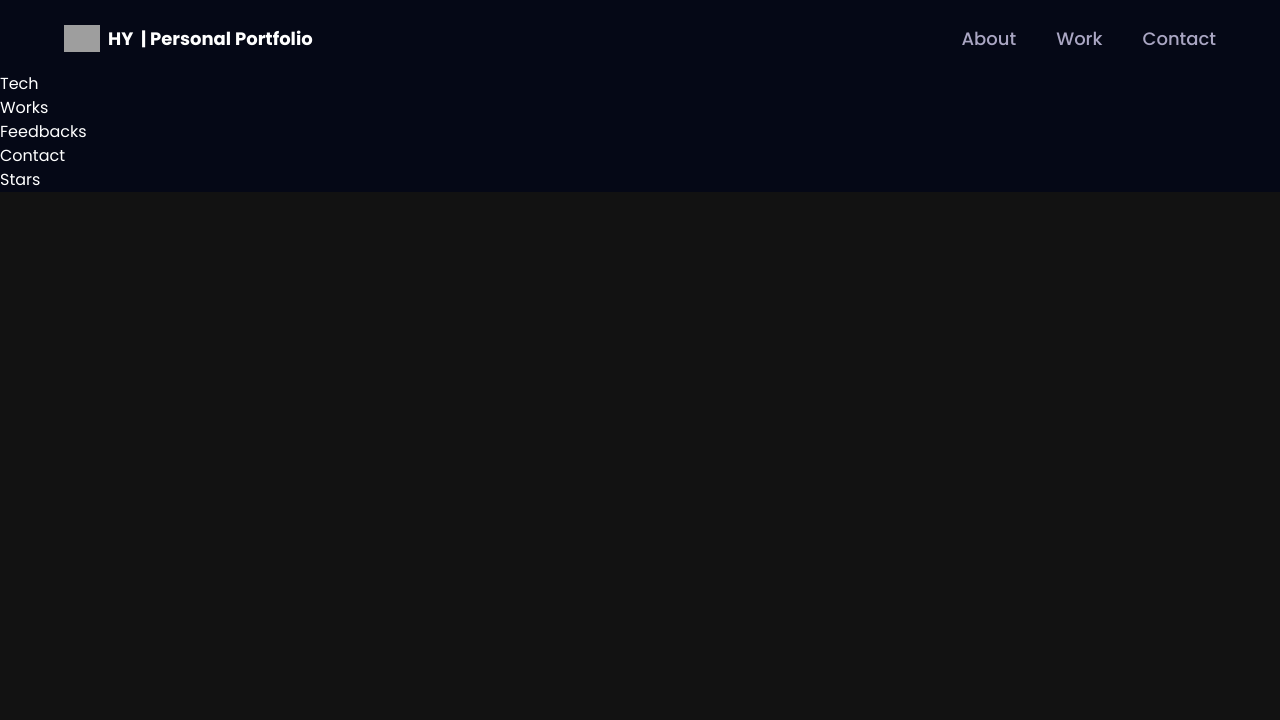
Repository: huiyyee/3d_portfolio
Page: /
The author's editor kept a copy of each file at every save. The page is drawn from the files as they stood at one save, then again after a run of saves.
The browser window is 1280 px wide. The pictures show the whole page.
Pictures or frames that could not be fetched are drawn as grey boxes. The project was rebuilt for these pictures with package versions that can differ from the ones it lists, and the page was loaded fresh each time. Also part of the build but not shown: vite.config.js, src/components/canvas/Earth.jsx, src/components/canvas/Ball.jsx, src/components/canvas/Computers.jsx.

Above is the page before, as saved 2024-10-10 23:04:13.

### index.html
<!doctype html>
<html lang="en">
  <head>
    <meta charset="UTF-8" />
    <link rel="icon" type="image/svg+xml" href="/vite.svg" />
    <meta name="viewport" content="width=device-width, initial-scale=1.0" />
    <title>HY | Portfolio</title>
  </head>
  <body>
    <div id="root"></div>
    <script type="module" src="/src/main.jsx"></script>
  </body>
</html>

### src/App.jsx
import { BrowserRouter } from "react-router-dom" //used for routing
import { About, Contact, Experience, Feedbacks,
  Hero, Navbar, Tech, Works, StarsCanvas } from './components';

const App = () => {
  return (
    <BrowserRouter>
      <div className="relative z-0 bg-primary">
        <div className="bg-hero-pattern bg-cover bg-no-repeat bg-center">
          <Navbar/>
          <Hero/>
        </div>
        <About/>
        <Experience/>
        <Tech/>
        <Works/>
        <Feedbacks/>
        <div className="relative z-0">
          <Contact/>
          <StarsCanvas />
        </div>
      </div>
    </BrowserRouter>

  )
}

export default App

### src/components/Hero.jsx
import { motion } from 'framer-motion';
import { styles } from './styles'
import { ComputersCanvas } from './canvas';

const Hero = () => {
  return (
    <section className=''>Hero</section >
  )
}

export default Hero

### src/components/Navbar.jsx
import React, { useEffect, useState} from 'react'
import { Link } from 'react-router-dom'//use to navigate to other parts of the pages
import { styles } from './styles';
import { navLinks } from '../constants';
import { logo, menu, close} from '../assets';

const Navbar = () => {
  const [active,setActive] = useState('');
  const [toggle,setToggle] = useState(false)
  return (
    <nav
      className={`${styles.paddingX} w-full flex
      items-center py-5 fixed top-0 z-20 bg-primary`}
    >
      <div className="w-full flex
      justify-between items-center max-w-7xl mx-auto">
        <Link
          to = "/"
          className="flex items-center gap-2"
          onClick={() => {
            setActive("");
            window.scrollTo(0, 0);
          }}
        >
          <img src={logo} alt="Logo" className="w-9 h-9 object-contain"
            style={{ maxWidth: '150px', maxHeight: '150px' }}

          />
          <p className="text-white text-[18px]
          font-bold cursor-pointe flex">HY &nbsp; <span className="sm:block hidden">
            | Personal Portfolio</span> </p>
        </Link>
        <ul className="list-none hidden sm:flex
        flex-row gap-10">
          {navLinks.map((Link)=>(
          <li
            key={Link.id}
            className={`${
              active === Link.title
                ? "text-white"
                : "text-secondary"
            }
            text-gray-500
            hover:text-white text-[18px]
            font-medium cursor-pointer`}
            onClick={() => setActive(Link.title)}
          >
            <a href={`#${Link.id}`}>{Link.title}</a>
          </li>

          ))}
        </ul>
        <div className="sm:hidden flex flex-1 justify-end items-center"
        >
          <img src={toggle ? close: menu}
          alt="menu"
          className="w-[28px] h-[28px] object-contain cursor-pointer"
          onClick={()=> setToggle(!toggle)}
          />

          <div className={`${!toggle? 'hidden':'flex'} p-6 black-gradient absolute
          top-20 right-0 mx-4 my-2 min-w[140px] z-10 rounded-xl`}>
          <ul className="list-none flex justify-end items-start flex-col gap-4">
            {navLinks.map((Link)=>(
            <li
              key={Link.id}
              className={`${
                active === Link.title
                  ? "text-white"
                  : "text-secondary"
              }font-poppins font-medium cursor-pointer text-[16px]`}
              onClick={() => {
                setToggle(!toggle)
                setActive(Link.title)
              }}>
              <a href={`#${Link.id}`}>{Link.title}</a>
            </li>
            ))}
        </ul>
            </div>
        </div>

      </div>
    </nav>
  )
}

export default Navbar

### src/components/styles.js
const styles = {
    paddingX: "sm:px-16 px-6",
    paddingY: "sm:py-16 py-6",
    padding: "sm:px-16 px-6 sm:py-16 py-10",

    heroHeadText:
        "font-black text-white lg:text-[80px] sm:text-[60px] xs:text-[50px] text-[40px] lg:leading-[98px] mt-2",
    heroSubText:
        "text-[#dfd9ff] font-medium lg:text-[30px] sm:text-[26px] xs:text-[20px] text-[16px] lg:leading-[40px]",

    sectionHeadText:
        "text-white font-black md:text-[60px] sm:text-[50px] xs:text-[40px] text-[30px]",
    sectionSubText:
        "sm:text-[18px] text-[14px] text-secondary uppercase tracking-wider",
    };

export { styles };

### src/constants/index.js
import {
    mobile,
    backend,
    creator,
    web,
    javascript,
    typescript,
    html,
    css,
    reactjs,
    redux,
    tailwind,
    nodejs,
    mongodb,
    git,
    figma,
    docker,
    meta,
    starbucks,
    tesla,
    shopify,
    carrent,
    jobit,
    tripguide,
    threejs,
  } from "../assets";

  export const navLinks = [
    {
      id: "about",
      title: "About",
    },
    {
      id: "work",
      title: "Work",
    },
    {
      id: "contact",
      title: "Contact",
    },
  ];

  const services = [
    {
      title: "Web Developer",
      icon: web,
    },
    {
      title: "React Native Developer",
      icon: mobile,
    },
    {
      title: "Backend Developer",
      icon: backend,
    },
    {
      title: "Content Creator",
      icon: creator,
    },
  ];

  const technologies = [
    {
      name: "HTML 5",
      icon: html,
    },
    {
      name: "CSS 3",
      icon: css,
    },
    {
      name: "JavaScript",
      icon: javascript,
    },
    {
      name: "TypeScript",
      icon: typescript,
    },
    {
      name: "React JS",
      icon: reactjs,
    },
    {
      name: "Redux Toolkit",
      icon: redux,
    },
    {
      name: "Tailwind CSS",
      icon: tailwind,
    },
    {
      name: "Node JS",
      icon: nodejs,
    },
    {
      name: "MongoDB",
      icon: mongodb,
    },
    {
      name: "Three JS",
      icon: threejs,
    },
    {
      name: "git",
      icon: git,
    },
    {
      name: "figma",
      icon: figma,
    },
    {
      name: "docker",
      icon: docker,
    },
  ];

  const experiences = [
    {
      title: "React.js Developer",
      company_name: "Starbucks",
      icon: starbucks,
      iconBg: "#383E56",
      date: "March 2020 - April 2021",
      points: [
        "Developing and maintaining web applications using React.js and other related technologies.",
        "Collaborating with cross-functional teams including designers, product managers, and other developers to create high-quality products.",
        "Implementing responsive design and ensuring cross-browser compatibility.",
        "Participating in code reviews and providing constructive feedback to other developers.",
      ],
    },
    {
      title: "React Native Developer",
      company_name: "Tesla",
      icon: tesla,
      iconBg: "#E6DEDD",
      date: "Jan 2021 - Feb 2022",
      points: [
        "Developing and maintaining web applications using React.js and other related technologies.",
        "Collaborating with cross-functional teams including designers, product managers, and other developers to create high-quality products.",
        "Implementing responsive design and ensuring cross-browser compatibility.",
        "Participating in code reviews and providing constructive feedback to other developers.",
      ],
    },
    {
      title: "Web Developer",
      company_name: "Shopify",
      icon: shopify,
      iconBg: "#383E56",
      date: "Jan 2022 - Jan 2023",
      points: [
        "Developing and maintaining web applications using React.js and other related technologies.",
        "Collaborating with cross-functional teams including designers, product managers, and other developers to create high-quality products.",
        "Implementing responsive design and ensuring cross-browser compatibility.",
        "Participating in code reviews and providing constructive feedback to other developers.",
      ],
    },
    {
      title: "Full stack Developer",
      company_name: "Meta",
      icon: meta,
      iconBg: "#E6DEDD",
      date: "Jan 2023 - Present",
      points: [
        "Developing and maintaining web applications using React.js and other related technologies.",
        "Collaborating with cross-functional teams including designers, product managers, and other developers to create high-quality products.",
        "Implementing responsive design and ensuring cross-browser compatibility.",
        "Participating in code reviews and providing constructive feedback to other developers.",
      ],
    },
  ];

  const testimonials = [
    {
      testimonial:
        "I thought it was impossible to make a website as beautiful as our product, but Rick proved me wrong.",
      name: "Sara Lee",
      designation: "CFO",
      company: "Acme Co",
      image: "https://randomuser.me/api/portraits/women/4.jpg",
    },
    {
      testimonial:
        "I've never met a web developer who truly cares about their clients' success like Rick does.",
      name: "Chris Brown",
      designation: "COO",
      company: "DEF Corp",
      image: "https://randomuser.me/api/portraits/men/5.jpg",
    },
    {
      testimonial:
        "After Rick optimized our website, our traffic increased by 50%. We can't thank them enough!",
      name: "Lisa Wang",
      designation: "CTO",
      company: "456 Enterprises",
      image: "https://randomuser.me/api/portraits/women/6.jpg",
    },
  ];

  const projects = [
    {
      name: "Car Rent",
      description:
        "Web-based platform that allows users to search, book, and manage car rentals from various providers, providing a convenient and efficient solution for transportation needs.",
      tags: [
        {
          name: "react",
          color: "blue-text-gradient",
        },
        {
          name: "mongodb",
          color: "green-text-gradient",
        },
        {
          name: "tailwind",
          color: "pink-text-gradient",
        },
      ],
      image: carrent,
      source_code_link: "https://github.com/",
    },
    {
      name: "Job IT",
      description:
        "Web application that enables users to search for job openings, view estimated salary ranges for positions, and locate available jobs based on their current location.",
      tags: [
        {
          name: "react",
          color: "blue-text-gradient",
        },
        {
          name: "restapi",
          color: "green-text-gradient",
        },
        {
          name: "scss",
          color: "pink-text-gradient",
        },
      ],
      image: jobit,
      source_code_link: "https://github.com/",
    },
    {
      name: "Trip Guide",
      description:
        "A comprehensive travel booking platform that allows users to book flights, hotels, and rental cars, and offers curated recommendations for popular destinations.",
      tags: [
        {
          name: "nextjs",
          color: "blue-text-gradient",
        },
        {
          name: "supabase",
          color: "green-text-gradient",
        },
        {
          name: "css",
          color: "pink-text-gradient",
        },
      ],
      image: tripguide,
      source_code_link: "https://github.com/",
    },
  ];

  export { services, technologies, experiences, testimonials, projects };

### src/assets/index.js
import logo from "/Users/huiyee/Downloads/9-high-resolution-logo.png";
import backend from "./backend.png";
import creator from "./creator.png";
import mobile from "./mobile.png";
import web from "./web.png";
import github from "./github.png";
import menu from "./menu.svg";
import close from "./close.svg";

import css from "./tech/css.png";
import docker from "./tech/docker.png";
import figma from "./tech/figma.png";
import git from "./tech/git.png";
import html from "./tech/html.png";
import javascript from "./tech/javascript.png";
import mongodb from "./tech/mongodb.png";
import nodejs from "./tech/nodejs.png";
import reactjs from "./tech/reactjs.png";
import redux from "./tech/redux.png";
import tailwind from "./tech/tailwind.png";
import typescript from "./tech/typescript.png";
import threejs from "./tech/threejs.svg";

import meta from "./company/meta.png";
import shopify from "./company/shopify.png";
import starbucks from "./company/starbucks.png";
import tesla from "./company/tesla.png";

import carrent from "./carrent.png";
import jobit from "./jobit.png";
import tripguide from "./tripguide.png";

export {
  logo,
  backend,
  creator,
  mobile,
  web,
  github,
  menu,
  close,
  css,
  docker,
  figma,
  git,
  html,
  javascript,
  mongodb,
  nodejs,
  reactjs,
  redux,
  tailwind,
  typescript,
  threejs,
  meta,
  shopify,
  starbucks,
  tesla,
  carrent,
  jobit,
  tripguide,
};

Loaded but not shown: src/main.jsx (common file); src/index.css (common file); src/components/index.js (common file); src/components/canvas/index.js (common file); src/components/About.jsx (common file); src/components/Tech.jsx (common file); src/components/Experience.jsx (common file); src/components/Works.jsx (common file); src/components/Feedbacks.jsx (common file); src/components/Contact.jsx (common file); src/components/canvas/Stars.jsx (common file); tailwind.config.js (common file)

After the next 2 saves:
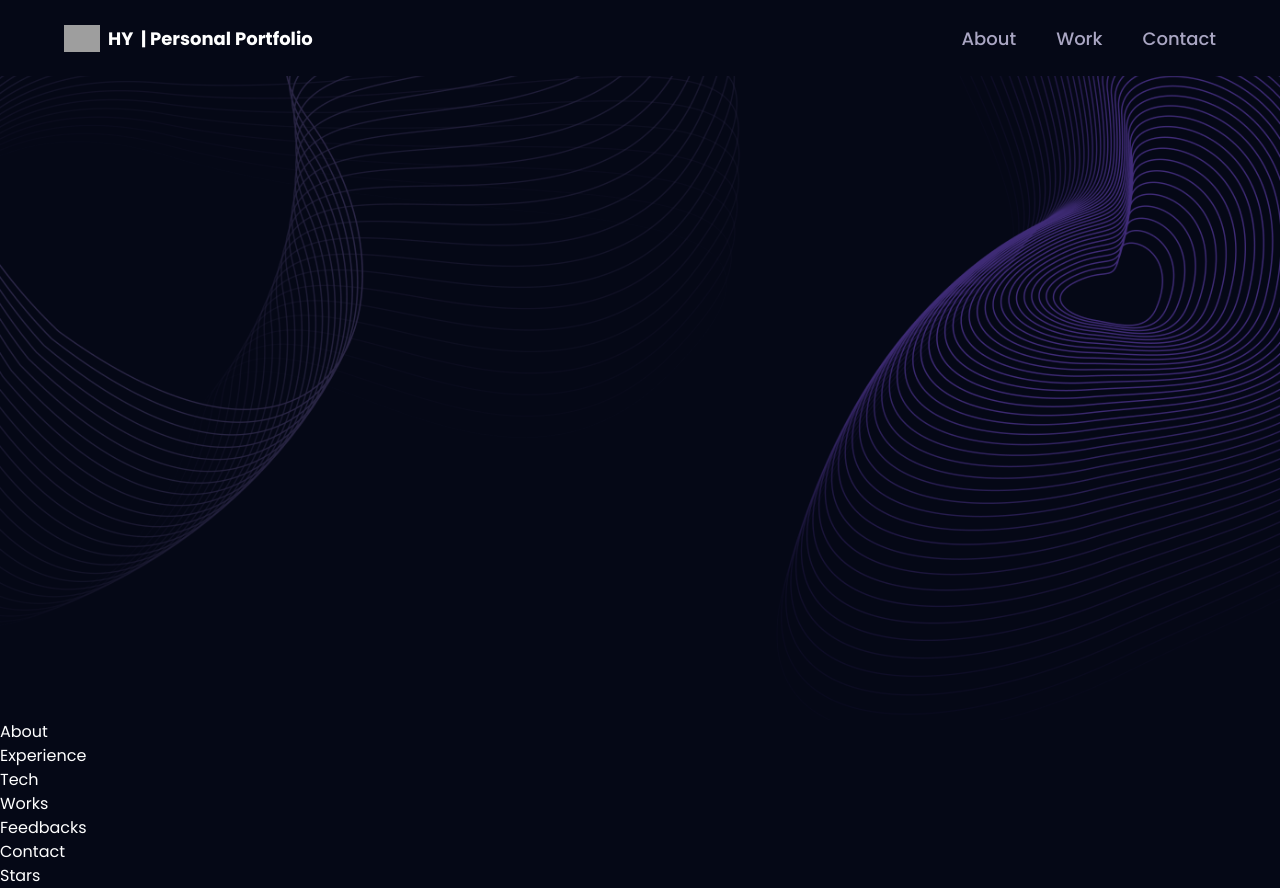
The 2 saves are shown as one change because they came seconds apart.
The last was saved 11 s later.
--- a/src/components/Hero.jsx
+++ b/src/components/Hero.jsx
@@ -4,7 +4,7 @@ import { ComputersCanvas } from './canvas';
 
 const Hero = () => {
   return (
-    <section className=''>Hero</section >
+    <section className='relative w-full h-screen mx-auto'>Hero</section >
   )
 }
 
